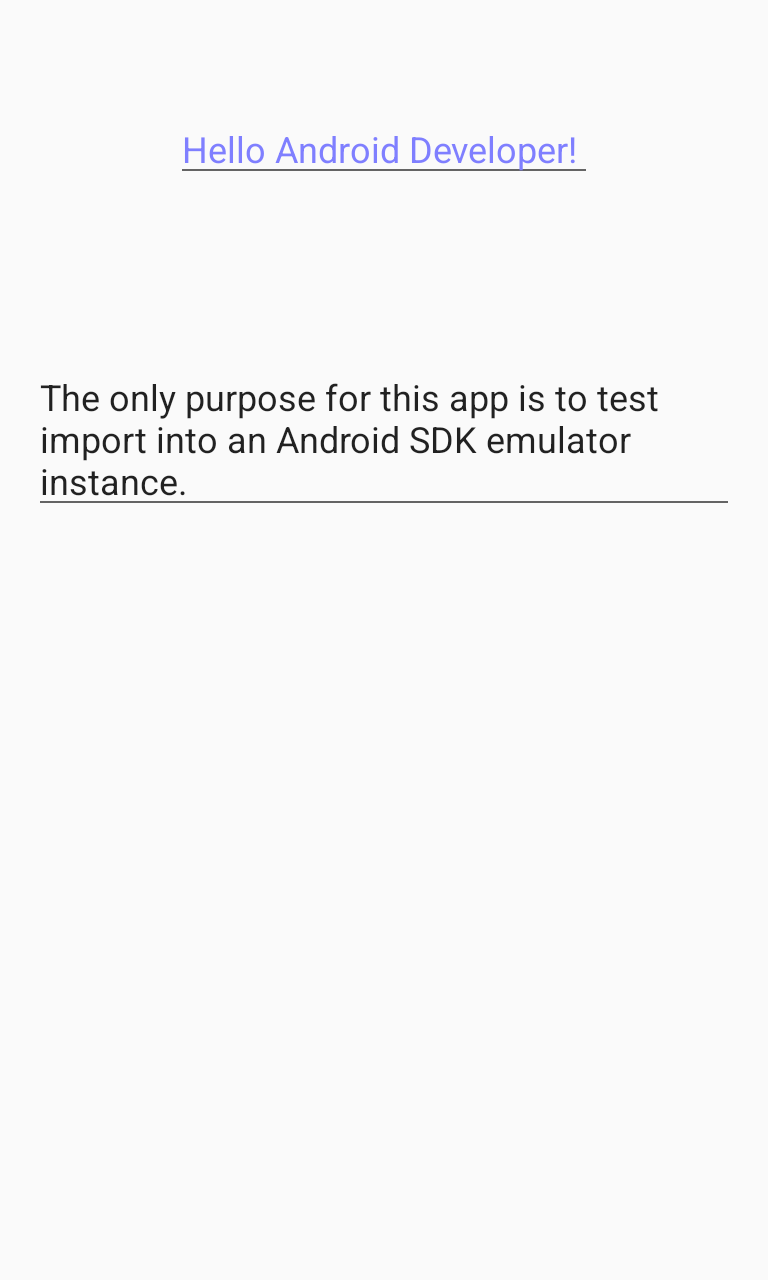
Repository: hdemby/workspace
Layout: TestApp/res/layout/activity_main.xml
These files come from the project's save history. The layout is drawn as it stood at one moment and after the next save; the edit follows.
It is drawn on a 768 x 1280 px phone screen (xhdpi) without system bars, with theme AppTheme; the app's code is not run.

Above is the layout before, as saved 2014-11-14 15:25:00.

After the next save:
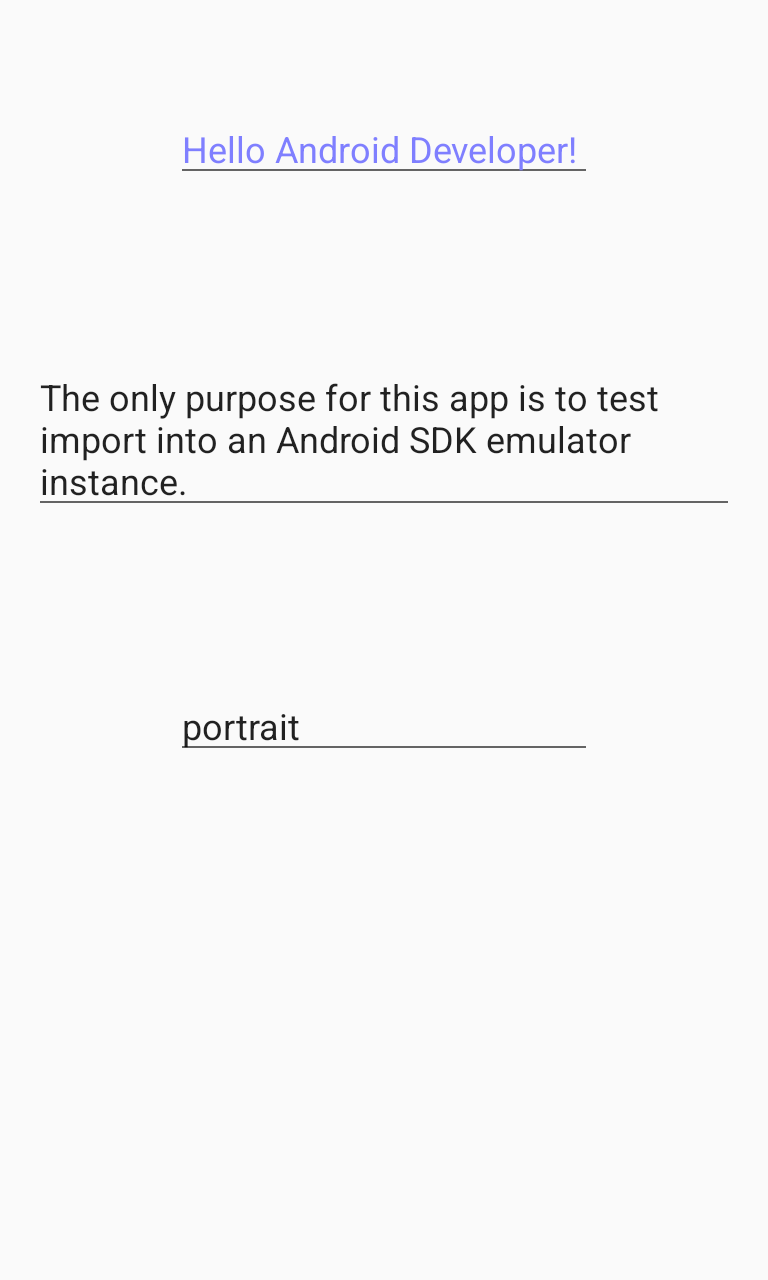
Saved 2 min 25 s later.
--- a/TestApp/res/layout/activity_main.xml
+++ b/TestApp/res/layout/activity_main.xml
@@ -40,4 +40,15 @@
         android:text="@string/hello_world"
         android:textColor="#7f7fff" />
 
+    <EditText
+        android:id="@+id/editText3"
+        android:layout_width="wrap_content"
+        android:layout_height="wrap_content"
+        android:layout_below="@+id/editText1"
+        android:layout_centerHorizontal="true"
+        android:layout_marginTop="81dp"
+        android:ems="10"
+        android:inputType="text"
+        android:text="portrait" />
+
 </RelativeLayout>
